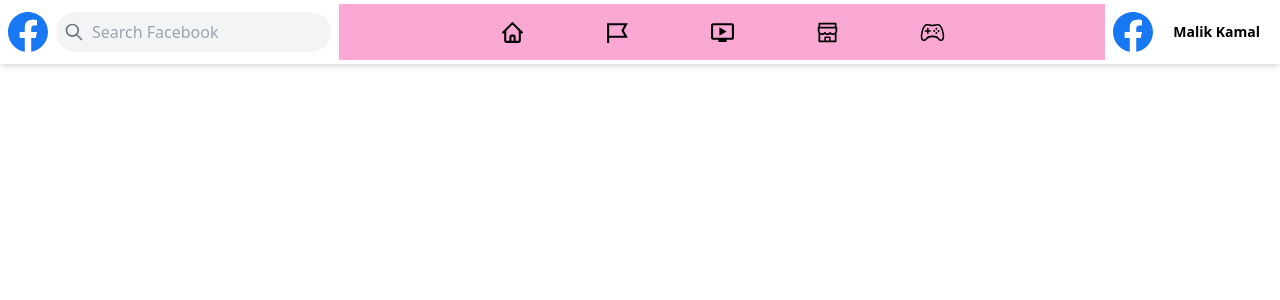
Repository: almaqdad55/springboot-nextjs-fbook
Page: /
An editor plug-in stored every save of this project. The page is shown before and after a run of saves, followed by the edit.
The browser window is 1280 px wide. The pictures show the whole page.
The project was rebuilt for these pictures with package versions that can differ from the ones it lists, and the page was loaded fresh each time. The framework's server and built-in components were replaced by stand-ins that run in the browser. Also part of the build but not shown: next.config.js.

Above is the page before, as saved 2022-08-08 23:04:41.

### pages/index.js
import Head from 'next/head';
import Image from 'next/image';
import Header from '../components/Header';

export default function Home() {
  return (
    <div>
      <Head>
        <title>Facebook 2.0</title>
        <meta name="description" content="Generated by create next app" />
        <link rel="icon" href="/facebook-logo.svg" />
      </Head>
      <Header />
      <main></main>
    </div>
  );
}

### components/Header.jsx
import React from 'react';
import Image from 'next/image';
import { HiOutlineSearch, HiOutlineHome } from 'react-icons/hi';
import { RiFlag2Line } from 'react-icons/ri';
import { MdOutlineOndemandVideo, MdOutlineExpandMore } from 'react-icons/md';
import { AiOutlineShop, AiFillMessage, AiFillBell } from 'react-icons/ai';
import { IoGameControllerOutline } from 'react-icons/io5';
import CgMenuGrid from 'react-icons/cg';

const Header = () => {
  return (
    <div className="bg-white flex items-center p-2 shadow-md top-0 sticky z-50 h-16">
      {/* Left component  */}
      <div className="flex min-w-fit">
        <Image src="/facebook-logo.svg" height={40} width={40} />
        <div className="flex items-center space-x-2 px-2 ml-2 rounded-full bg-gray-100 text-gray-500">
          <HiOutlineSearch size={20} />
          <input
            className="hidden lg:inline-flex bg-transparent outline-none"
            type="text"
            placeholder="Search Facebook"
          />
        </div>
      </div>
      {/* Center  component  */}
      <div className="flex flex-grow justify-center mx-2 bg-pink-300">
        <div className="flex items-center">
          <div className="flex items-center h-14 px-4 md:px-10 rounded-md md:hover:bg-gray-100 cursor-pointer">
            <HiOutlineHome size={25} className="mx-auto" />
          </div>
          <div className="flex items-center h-14 px-4 md:px-10 rounded-md md:hover:bg-gray-100 cursor-pointer">
            <RiFlag2Line size={25} className="mx-auto" />
          </div>
          <div className="flex items-center h-14 px-4 md:px-10 rounded-md md:hover:bg-gray-100 cursor-pointer">
            <MdOutlineOndemandVideo size={25} className="mx-auto" />
          </div>
          <div className="flex items-center h-14 px-4 md:px-10 rounded-md md:hover:bg-gray-100 cursor-pointer">
            <AiOutlineShop size={25} className="mx-auto" />
          </div>
          <div className="flex items-center h-14 px-4 md:px-10 rounded-md md:hover:bg-gray-100 cursor-pointer">
            <IoGameControllerOutline size={25} className="mx-auto" />
          </div>
        </div>
      </div>
      {/* Right component */}
      <div className="flex items-center justify-end min-w-fit space-x-2 ">
        <Image src="/facebook-logo.svg" height={40} width={40} />
        <p className="hidden lg:inline-flex font-semibold text-sm whitespace-nowrap p-3 max-w-xs">
          Malik Kamal
        </p>
      </div>
    </div>
  );
};

export default Header;

Loaded but not shown: pages/_app.js (common file); styles/globals.css (common file); tailwind.config.js (common file)

After the next 4 saves:
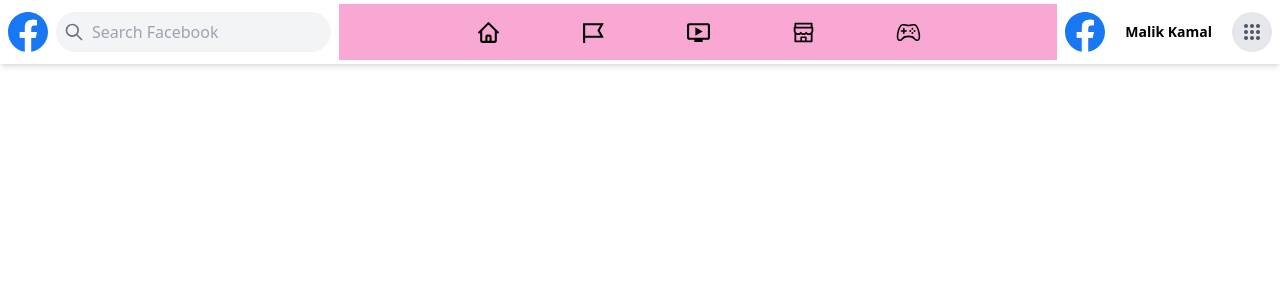
The 4 saves are shown as one change because 3 did not build or start.
The last was saved 2 min 0 s later.
--- a/components/Header.jsx
+++ b/components/Header.jsx
@@ -5,7 +5,7 @@
 import { MdOutlineOndemandVideo, MdOutlineExpandMore } from 'react-icons/md';
 import { AiOutlineShop, AiFillMessage, AiFillBell } from 'react-icons/ai';
 import { IoGameControllerOutline } from 'react-icons/io5';
-import CgMenuGrid from 'react-icons/cg';
+import { CgMenuGridO } from 'react-icons/cg';
 
 const Header = () => {
   return (
@@ -48,6 +48,10 @@
         <p className="hidden lg:inline-flex font-semibold text-sm whitespace-nowrap p-3 max-w-xs">
           Malik Kamal
         </p>
+        <CgMenuGridO
+          size={20}
+          className="hidden lg:inline-flex h-10 w-10 bg-gray-200 text-gray-600 rounded-full p-2 cursor-pointer hover:bg-gray-300"
+        />
       </div>
     </div>
   );
